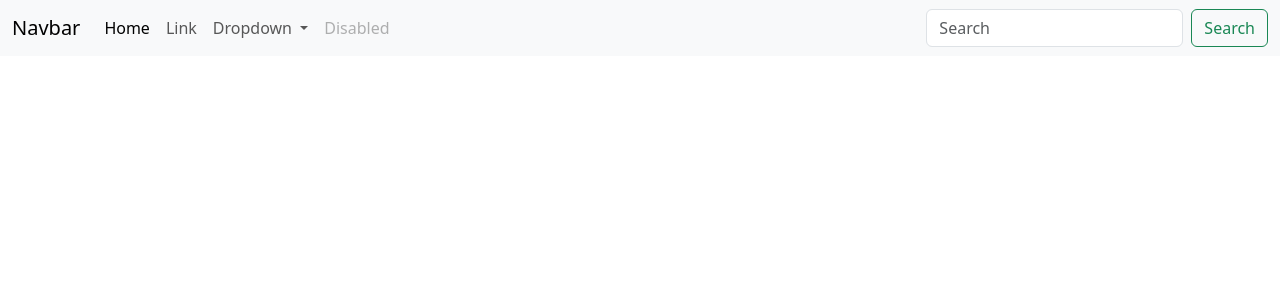
Repository: Riyakashiwala/practical
Page: riya 6th sem/book website.html
These files come from the project's save history. The page is drawn as it stood at one moment and after the next save; the edit follows.
The browser window is 1280 px wide. The pictures show the whole page.

Above is the page before, as saved 2024-12-11 06:30:30.

After the next save:
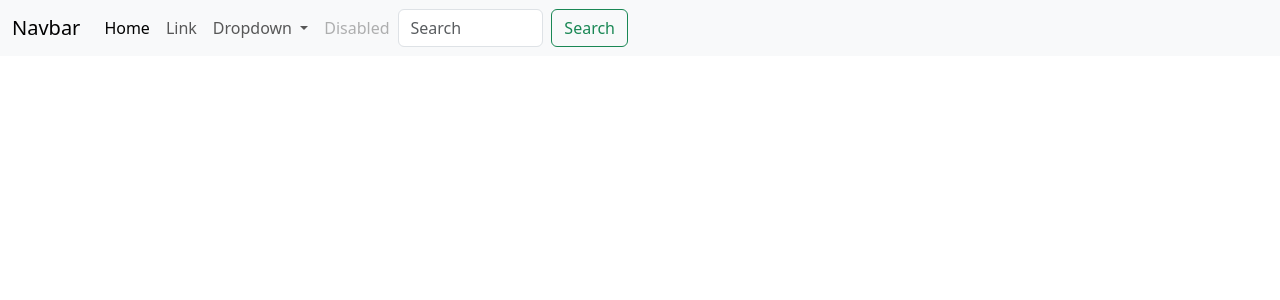
Saved 10 s later.
--- a/riya 6th sem/book website.html
+++ b/riya 6th sem/book website.html
@@ -45,7 +45,7 @@
         </div>
         </div>
 
-        <div class>
+        <div class="container">
 
         </div>
     </nav>
